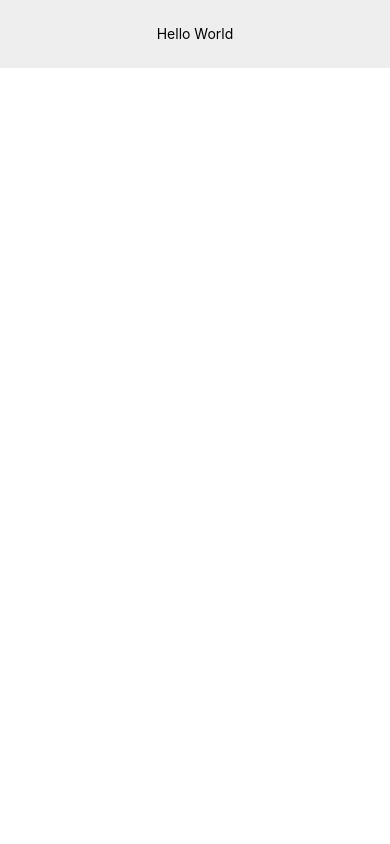
Repository: dodibahari019/TestFrontend
Screen: /
These files come from the project's save history. The screen is drawn as it stood at one moment and after the next save; the edit follows.
The app was drawn by React Native's web renderer in a window 390 px wide. The project was rebuilt for these pictures with package versions that can differ from the ones it lists, and the page was loaded fresh each time. Some packages were replaced by stand-ins written for this rebuild.

Above is the screen before, as saved 2024-12-30 15:02:29.

### App.js
import { StatusBar } from 'expo-status-bar';
import { StyleSheet, Text, View, Dimensions } from 'react-native';

export default function App() {
  return (
    <View style={styles.container}>
      <StatusBar style="auto" />
      {/* <Text>Open up App.js to start working on your app!</Text> */}
      <View style={{ width:'100%', height:'8%', position:'absolute', top:0, backgroundColor:'#eeeeee', justifyContent:'center', alignItems:'center' }}>
        <Text>Hello World</Text>
      </View>
    </View>
  );
}

const styles = StyleSheet.create({
  container: {
    flex: 1,
    backgroundColor: '#fff',
    alignItems: 'center',
    justifyContent: 'center',
  },
});

Loaded but not shown: index.js (common file)

After the next save:
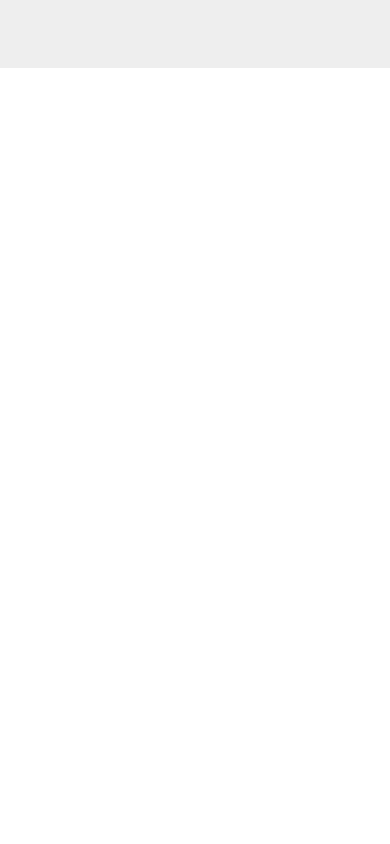
Saved 10 s later.
--- a/App.js
+++ b/App.js
@@ -7,7 +7,7 @@
       <StatusBar style="auto" />
       {/* <Text>Open up App.js to start working on your app!</Text> */}
       <View style={{ width:'100%', height:'8%', position:'absolute', top:0, backgroundColor:'#eeeeee', justifyContent:'center', alignItems:'center' }}>
-        <Text>Hello World</Text>
+
       </View>
     </View>
   );

After the 6 saves that followed:
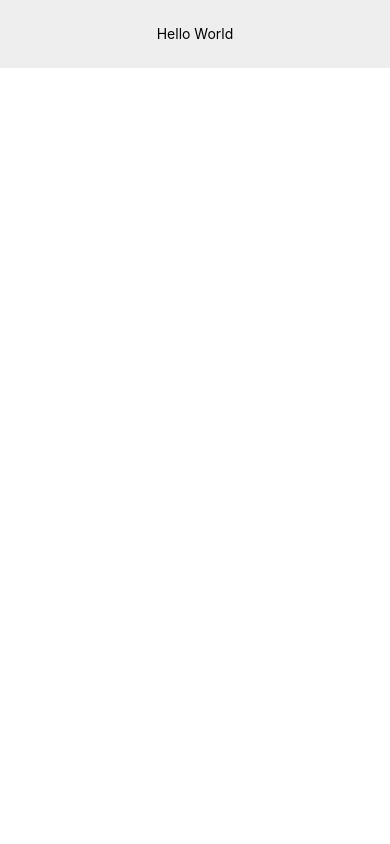
The 6 saves are shown as one change because 3 did not build or start and some came seconds apart.
The last was saved 27 s later.
--- a/App.js
+++ b/App.js
@@ -1,5 +1,5 @@
 import { StatusBar } from 'expo-status-bar';
-import { StyleSheet, Text, View, Dimensions } from 'react-native';
+import { StyleSheet, Text, View, Dimensions, TouchableOpacity } from 'react-native';
 
 export default function App() {
   return (
@@ -7,7 +7,11 @@
       <StatusBar style="auto" />
       {/* <Text>Open up App.js to start working on your app!</Text> */}
       <View style={{ width:'100%', height:'8%', position:'absolute', top:0, backgroundColor:'#eeeeee', justifyContent:'center', alignItems:'center' }}>
-
+        <View>
+          <TouchableOpacity>
+            <Text>Hello World</Text>
+          </TouchableOpacity>
+        </View>
       </View>
     </View>
   );
